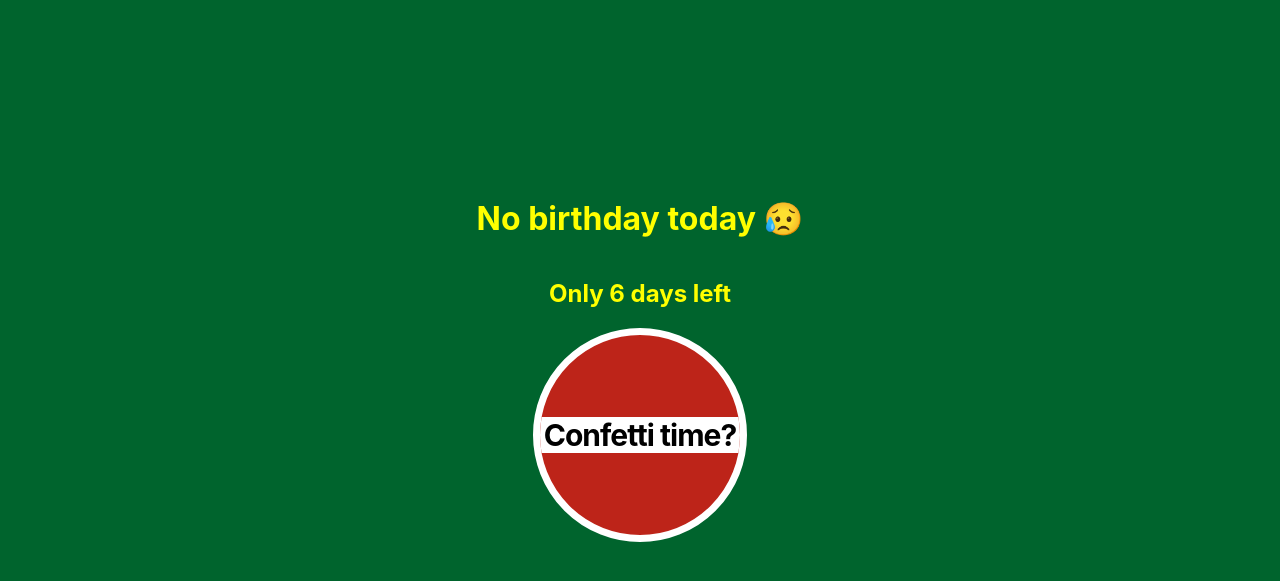
Repository: David-Waite/HannahsBirthdayWebsite
Page: /
These files come from the project's save history. The page is drawn as it stood at one moment and after the next save; the edit follows.
The browser window is 1280 px wide. The pictures show the whole page.
The pointer rests on the first visible `.buttonCon`.
The project was rebuilt for these pictures with package versions that can differ from the ones it lists, and the page was loaded fresh each time.

Above is the page before, as saved 2023-03-30 18:30:13.

### src/index.css
body {
  margin: 0;
  font-family: -apple-system, BlinkMacSystemFont, "Segoe UI", "Roboto", "Oxygen",
    "Ubuntu", "Cantarell", "Fira Sans", "Droid Sans", "Helvetica Neue",
    sans-serif;
  -webkit-font-smoothing: antialiased;
  -moz-osx-font-smoothing: grayscale;
}

.App {
  width: 100vw;
  height: 100vh;
  display: flex;
  flex-direction: column;
  align-items: center;
  justify-content: center;
  background-color: #00642d;
  color: rgb(255, 255, 0);
}

.buttonCon {
  display: flex;
  align-items: center;
  justify-content: center;
  height: 200px;
  width: 200px;
  overflow: hidden;
  background-color: #da291c;
  border-radius: 50%;
  border: 7px solid white;
  cursor: pointer;
}
.buttonCon p {
  border: none;
  width: 100%;
  background-color: white;
  color: black;
  font-weight: bold;
  font-size: 30px;
  padding: 0;
  letter-spacing: -1px;
}

.buttonCon:hover {
  background-color: #bd2419;
}

### src/App.js
import "./App.css";

import Confetti from "react-confetti";

import { useState } from "react";

function App() {
  const [confetti, setConfetti] = useState(null);
  const [buttonText, setButtonText] = useState("Confetti time?");
  function isBirthdayToday() {
    const date = new Date();
    if (date.getMonth() === 3 && date.getDate() === 5) {
      return true;
    }
    return false;
  }

  function rainConfetti() {
    if (isBirthdayToday()) {
      setConfetti(true);
      setButtonText("Confetti time!");
    } else {
      setButtonText("no");
    }
  }

  function getDaysUntilBirthday() {
    const date = new Date();
    const hannahBday = new Date(date.getFullYear(), 3, 5);
    const hannahBdayNextYear = new Date(date.getFullYear() + 1, 3, 5);
    const oneDay = 1000 * 60 * 60 * 24;

    let daysUntilBirthday;
    if (hannahBday < date) {
      daysUntilBirthday =
        Math.ceil(hannahBdayNextYear.getTime() - date.getTime()) / oneDay;
    } else {
      daysUntilBirthday =
        Math.ceil(hannahBday.getTime() - date.getTime()) / oneDay;
    }

    return daysUntilBirthday;
  }

  // 5th april
  let birthdayText;
  if (isBirthdayToday()) {
    birthdayText = <h1>Happy birthday!🥳</h1>;
  } else {
    birthdayText = (
      <>
        <h1>No birthday today 😥</h1>
        <h2>Only {Math.ceil(getDaysUntilBirthday())} days left</h2>
      </>
    );
  }
  console.log(isBirthdayToday());
  const date = new Date();

  return (
    <div className="App">
      {confetti && <Confetti />}

      {birthdayText}
      <div className="buttonCon">
        <p onClick={rainConfetti}>{buttonText}</p>
      </div>
    </div>
  );
}

export default App;

Loaded but not shown: public/index.html (common file); src/index.js (common file); src/reportWebVitals.js (common file); src/App.css (common file); public/manifest.json (common file)

After the next save:
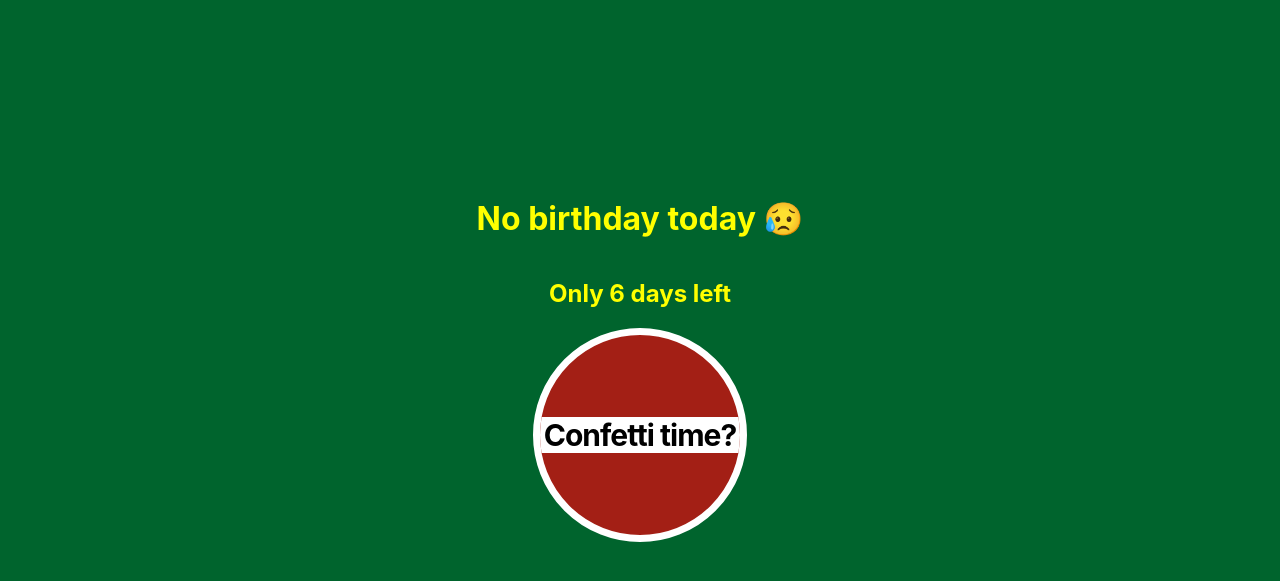
Saved 6 s later.
--- a/src/index.css
+++ b/src/index.css
@@ -42,5 +42,5 @@ body {
 }
 
 .buttonCon:hover {
-  background-color: #bd2419;
+  background-color: #a31f15;
 }
